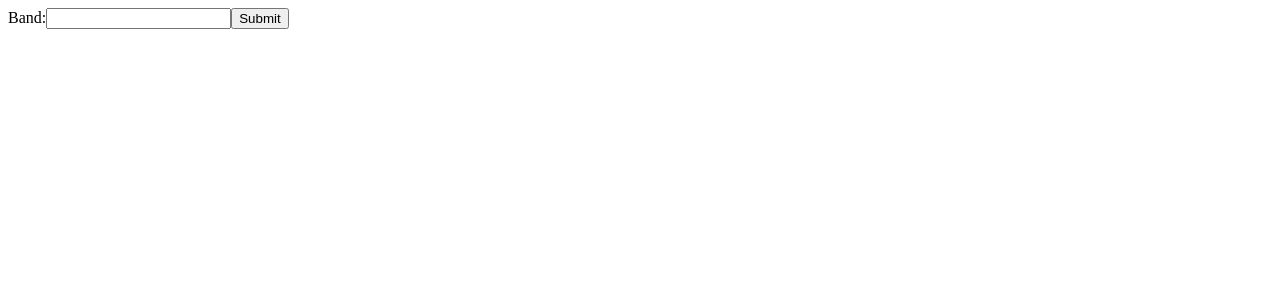
Repository: charliejp0311/building-forms-lab-onl01-seng-pt-012120
Page: /
The author's editor kept a copy of each file at every save. The page is drawn from the files as they stood at one save, then again after the next save.
The browser window is 1280 px wide. The pictures show the whole page.
The project was rebuilt for these pictures with package versions that can differ from the ones it lists, and the page was loaded fresh each time. Also part of the build but not shown: webpack.config.js.

Above is the page before, as saved 2020-10-20 14:33:08.

After the next save:
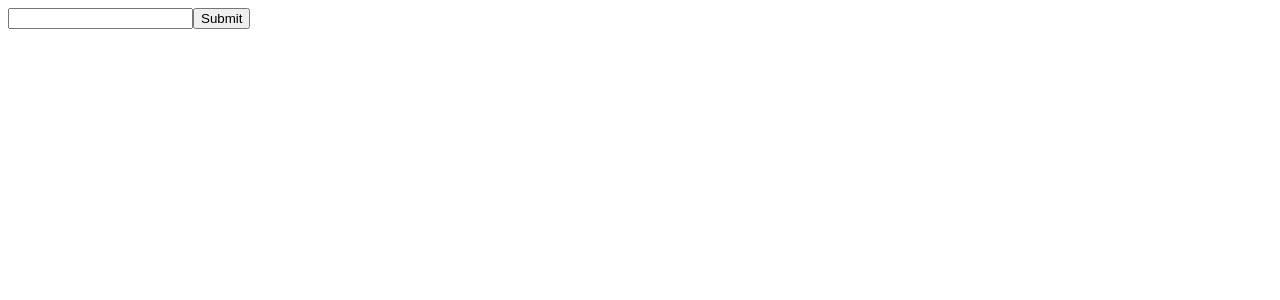
Saved 4 min 21 s later.
--- a/src/components/BandInput.js
+++ b/src/components/BandInput.js
@@ -31,8 +31,8 @@ class BandInput extends Component {
     return(
       <div>
         <form onSubmit={this.handleSubmit}>
-          <label htmlFor='band'>Band:</label>
-          <input type='text' onChange={this.handleChange} value={this.state.text}/>
+          <label htmlFor='band'></label>
+          <input type='text' name="band" onChange={this.handleChange} value={this.state.text}/>
           <button type='submit'>Submit</button>
         </form>
       </div>
